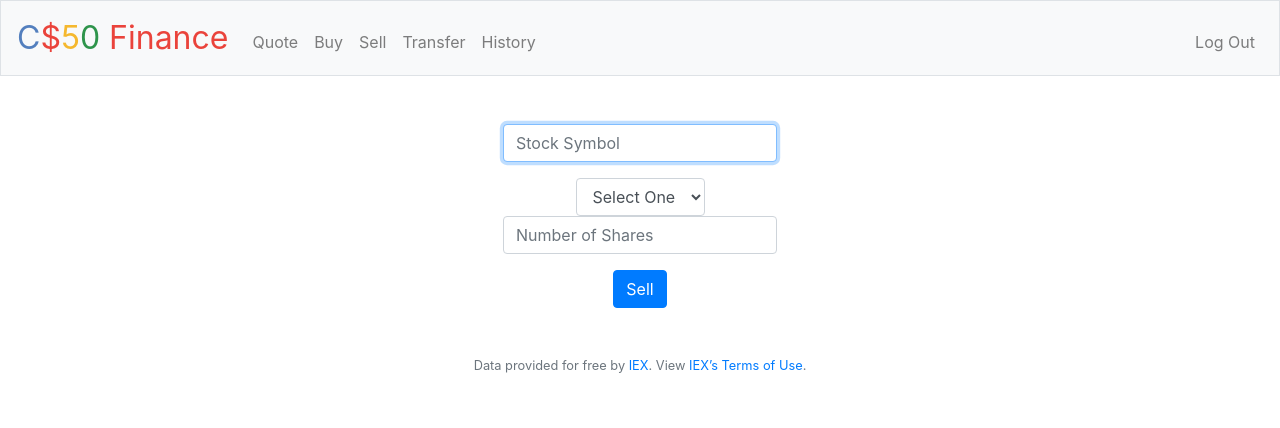
Repository: RyanMCollins/cs50
Page: http://localhost/sell
The author's editor kept a record of every edit. The page is drawn from the files as they stood at one moment, then again after the next edit.
The browser window is 1280 px wide. The pictures show the whole page.
The page is served by the project's application, run on Flask 3 (pset8/finance/application.py). The session is filled in as if someone had signed in: {"user_id": 1}. The page reads the database file committed with the project.

Above is the page before.

After the next edit:
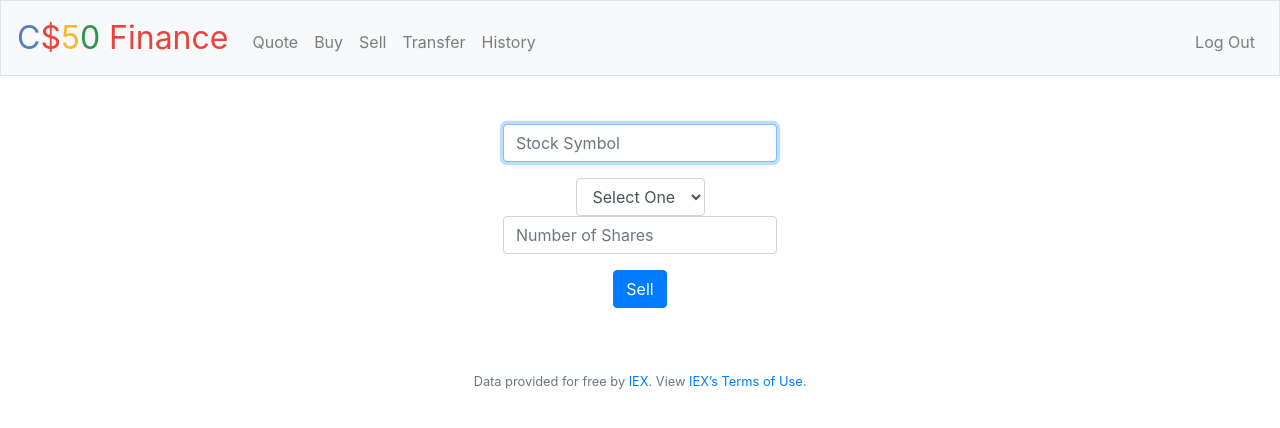
The edit:
--- a/pset8/finance/templates/sell.html
+++ b/pset8/finance/templates/sell.html
@@ -9,7 +9,8 @@
         <div class="form-group">
             <input autocomplete="off" autofocus class="form-control" name="symbol" placeholder="Stock Symbol" type="text">
         </div>
-        <select class="form-control" name="symbol">
+        <div class="form-group">
+            <select class="form-control" name="symbol">
                 <option disabled="disabled" selected="selected">Select One</option>
                 {{ options | safe }}
             </select>
